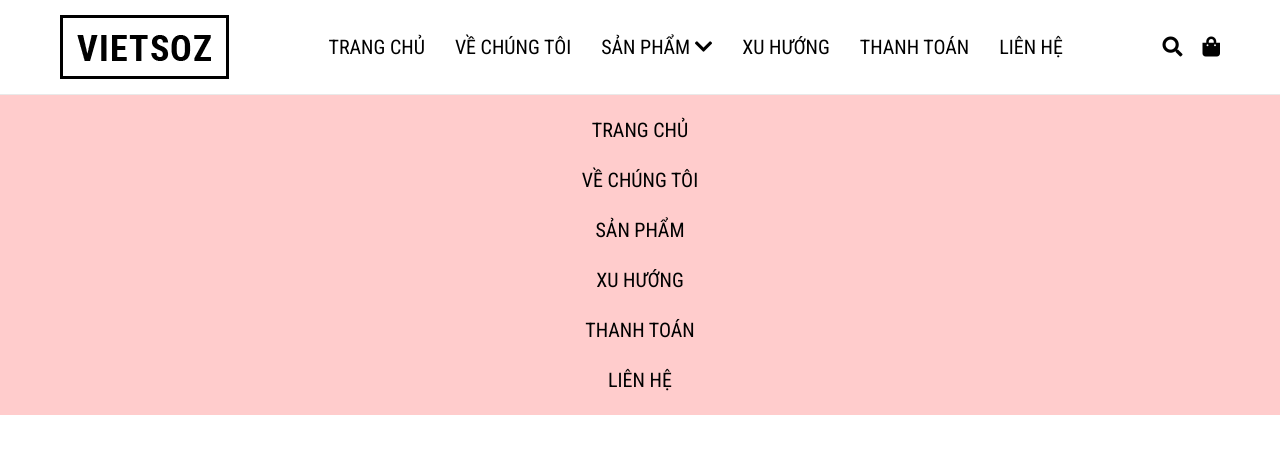
Repository: vinhtk0209/Vietsoz-reponsive
Page: index.html
These files come from the project's save history. The page is drawn as it stood at one moment and after the next save; the edit follows.
The browser window is 1280 px wide. The pictures show the whole page.

Above is the page before, as saved 2021-10-23 17:43:34.

After the next save:
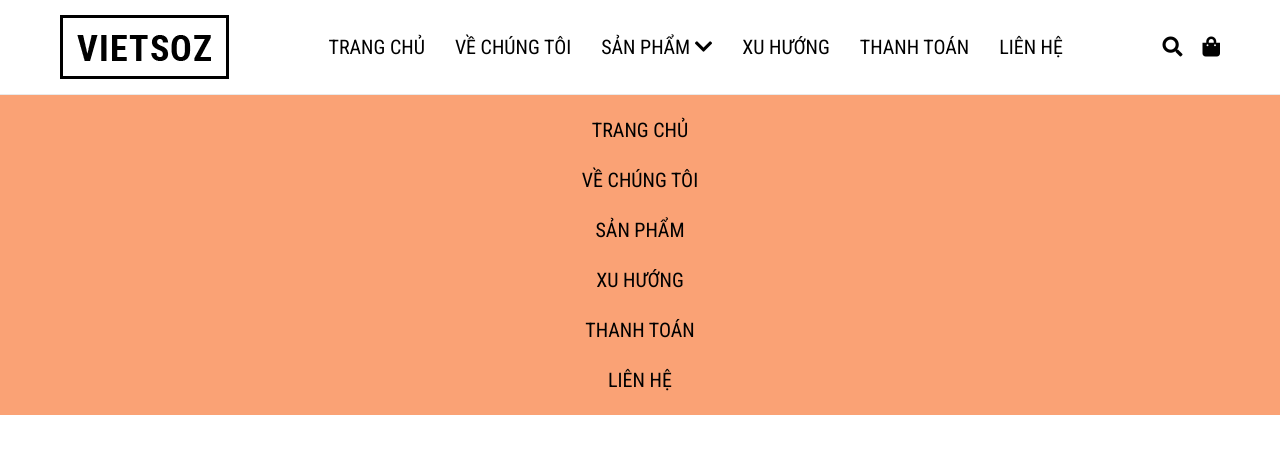
Saved 51 s later.
--- a/assets/css/main.css
+++ b/assets/css/main.css
@@ -72,7 +72,7 @@ h4 {
     /* display: none; */
     position: absolute;
     top: 58%;
-    background-color: #FFCCCC;
+    background-color: #FAA275;
     width: 100%;
     left: 0;
     text-align: center;
